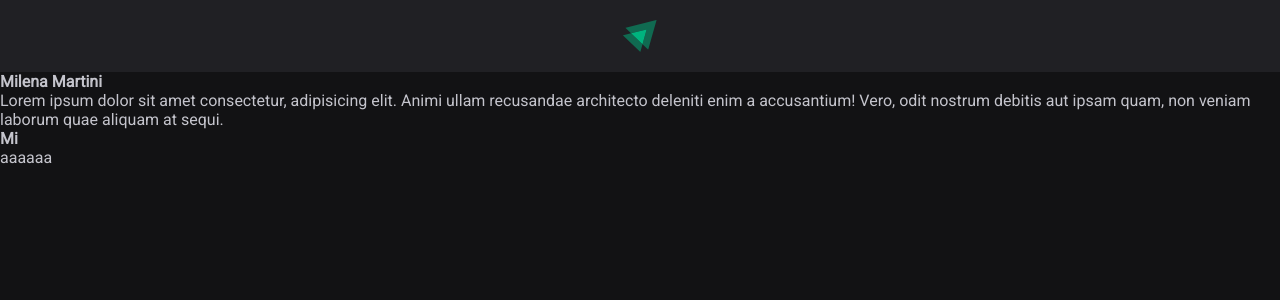
Repository: MilenaMartini/IgniteRckReactJs
Page: /
These files come from the project's save history. The page is drawn as it stood at one moment and after the next save; the edit follows.
The browser window is 1280 px wide. The pictures show the whole page.
The project was rebuilt for these pictures with package versions that can differ from the ones it lists, and the page was loaded fresh each time. Also part of the build but not shown: vite.config.js.

Above is the page before, as saved 2023-04-14 16:41:00.

### index.html
<!DOCTYPE html>
<html lang="en">
  <head>
    <meta charset="UTF-8" />
    <link rel="icon" type="image/svg+xml" href="/vite.svg" />
    <meta name="viewport" content="width=device-width, initial-scale=1.0" />
    <link rel="preconnect" href="https://fonts.googleapis.com">
<link rel="preconnect" href="https://fonts.gstatic.com" crossorigin>
<link href="https://fonts.googleapis.com/css2?family=Roboto:ital,wght@0,400;1,700&display=swap" rel="stylesheet">
    <title>Vite + React</title>
  </head>
  <body>
    <div id="root"></div>
    <script type="module" src="/src/main.jsx"></script>
  </body>
</html>

### src/App.jsx
//paginas e componentes
import { Post } from "./Post"
import {Header} from "./components/Header"

//estilos
import "./Global.css"
import styles from "./App.module.css"

function App() {

  return (
    <div>
    <Header  />

    <div className={styles.wrapper}>
      <aside></aside>
      <main>
          <Post
            author="Milena Martini"
            content="Lorem ipsum dolor sit amet consectetur, adipisicing elit. Animi ullam recusandae architecto deleniti enim a accusantium! Vero, odit nostrum debitis aut ipsam quam, non veniam laborum quae aliquam at sequi."
          />

          <Post
              author="Mi"
              content="aaaaaa"
          />
      </main>
    </div>
   </div>
  )
}
export default App

### src/Post.jsx
export function Post(props) {
  return (
  <div>
    <strong>{props.author}</strong>
    <p>{props.content}</p>
  </div>
    )
}

### src/components/Header.jsx
import React from "react";
import Style from './Header.module.css';
import igniteLogo from '../assets/ignite-logo.svg';

export function Header() {
  return(
  <header className={Style.header}>
    <img src={igniteLogo} alt="Logotipo"/>
  </header>

  );
}

### src/Global.css
:root {
  --white: #ffffff;
  --gray-100: #e1e1e6;
  --gray-300: #c4c4cc;
  --gray-400: #8d8d99;
  --gray-600: #323238;
  --gray-700: #29292e;
  --gray-800: #202024;
  --gray-900: #121214;

  --green-500: #00875f;

}

*{
  margin: 0;
  padding: 0;
  box-sizing: border-box;
}

body{
  background: var(--gray-900);
  color: var(--gray-300);
  -webkit-font-smoothing: antialised;
}

body, input, textarea, button {
  font-family: 'Roboto', sans-serif;
  font-weight: 400;
  font-size: 1rem;
}

### src/App.module.css
.wrapper {
  max-widht: 70rem;
}

### src/components/Header.module.css
.header{
    background: var(--gray-800);
    display: flex;
    justify-content: center;
    padding: 1.25rem 0;
}

.header img {
    height: 2rem;
}

Loaded but not shown: src/main.jsx (common file)

After the next save:
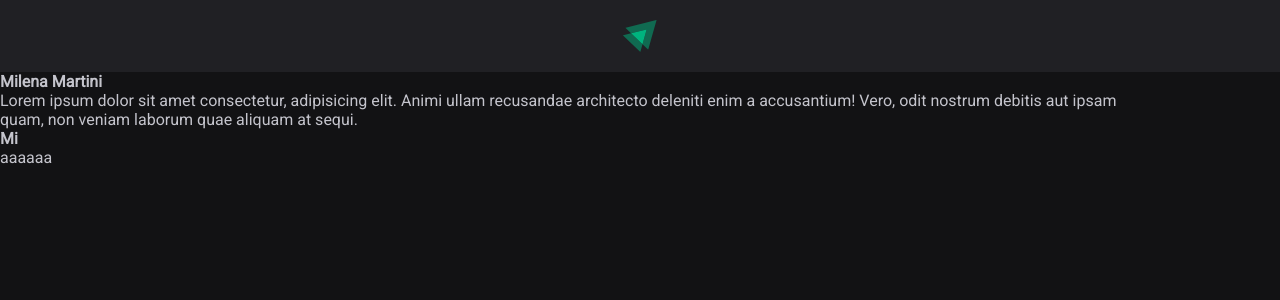
Saved 9 s later.
--- a/src/App.module.css
+++ b/src/App.module.css
@@ -1,3 +1,3 @@
 .wrapper {
-  max-widht: 70rem;
+  max-width: 70rem;
 }
